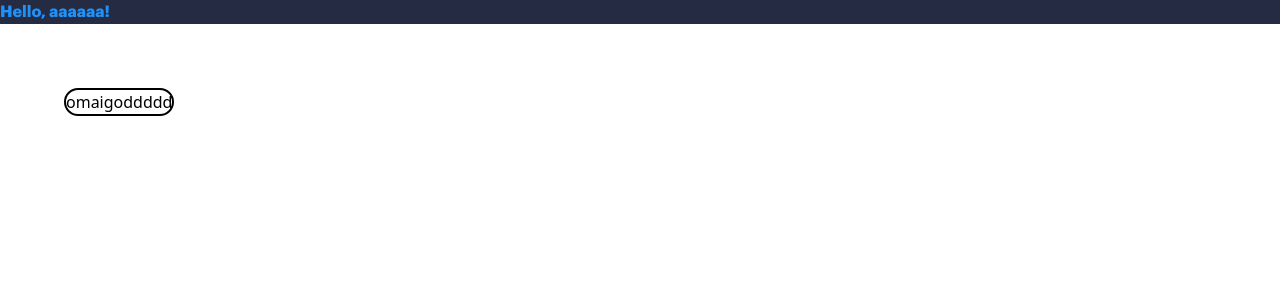
Repository: SK3010z/figmaland-tailwind
Page: /
These files come from the project's save history. The page is drawn as it stood at one moment and after the next save; the edit follows.
The browser window is 1280 px wide. The pictures show the whole page.
The project was rebuilt for these pictures with package versions that can differ from the ones it lists, and the page was loaded fresh each time. Also part of the build but not shown: vite.config.js, src/mediaQueries.jsx.

Above is the page before, as saved 2024-08-16 13:33:43.

After the next save:
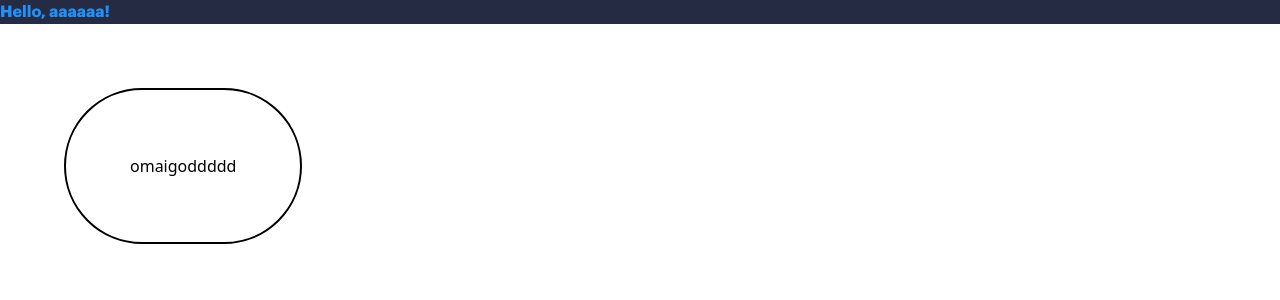
Saved 3 min 57 s later.
--- a/src/components/Button/index.jsx
+++ b/src/components/Button/index.jsx
@@ -1,3 +1,3 @@
 export const Button = ({children}) => {
-    return <button className="border-black border-2 rounded-full m-16">{children}</button>
+    return <button className="border-black border-2 rounded-full p-16 m-16">{children}</button>
 }
